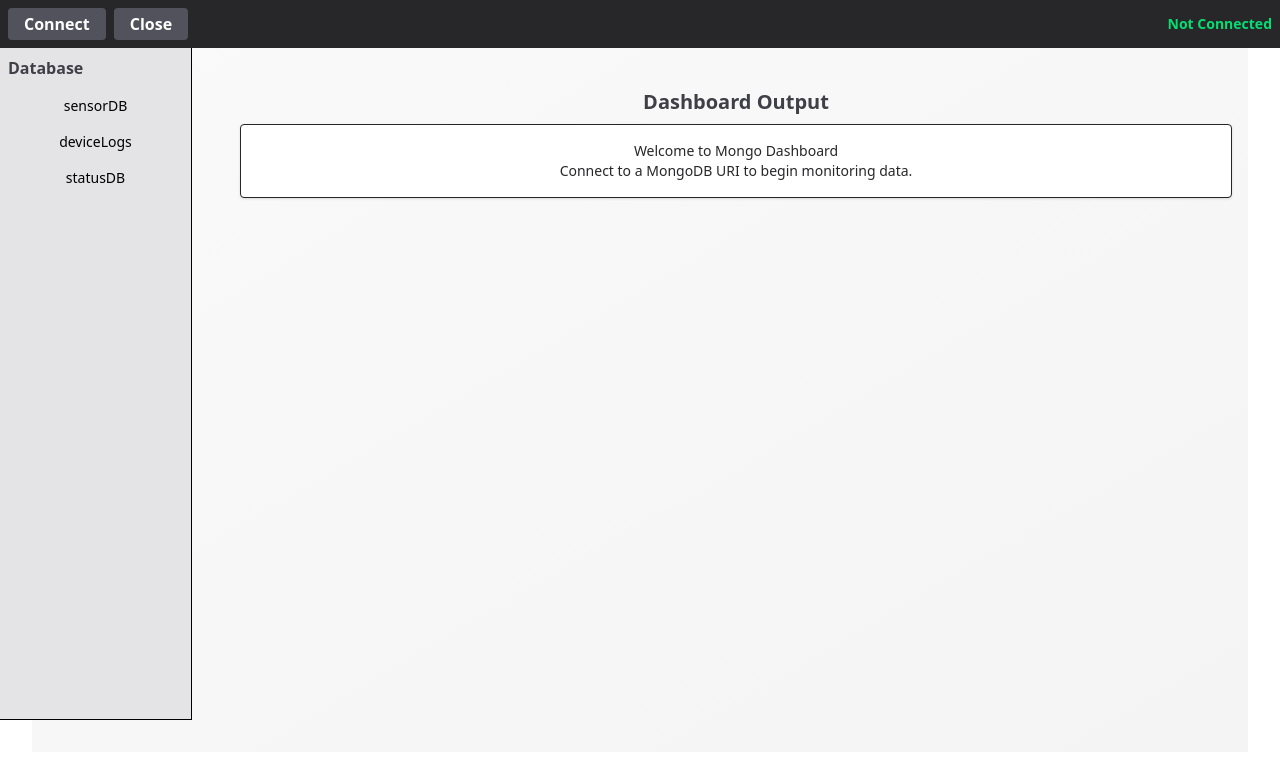
Repository: aryan151pratap/Dashboard
Page: / (app in frontened/)
These files come from the project's save history. The page is drawn as it stood at one moment and after the next save; the edit follows.
The browser window is 1280 px wide. The pictures show the whole page.
The project was rebuilt for these pictures with package versions that can differ from the ones it lists, and the page was loaded fresh each time. Also part of the build but not shown: frontened/vite.config.js, frontened/src/component/connect.jsx.

Above is the page before, as saved 2025-06-24 14:24:06.

After the next save:
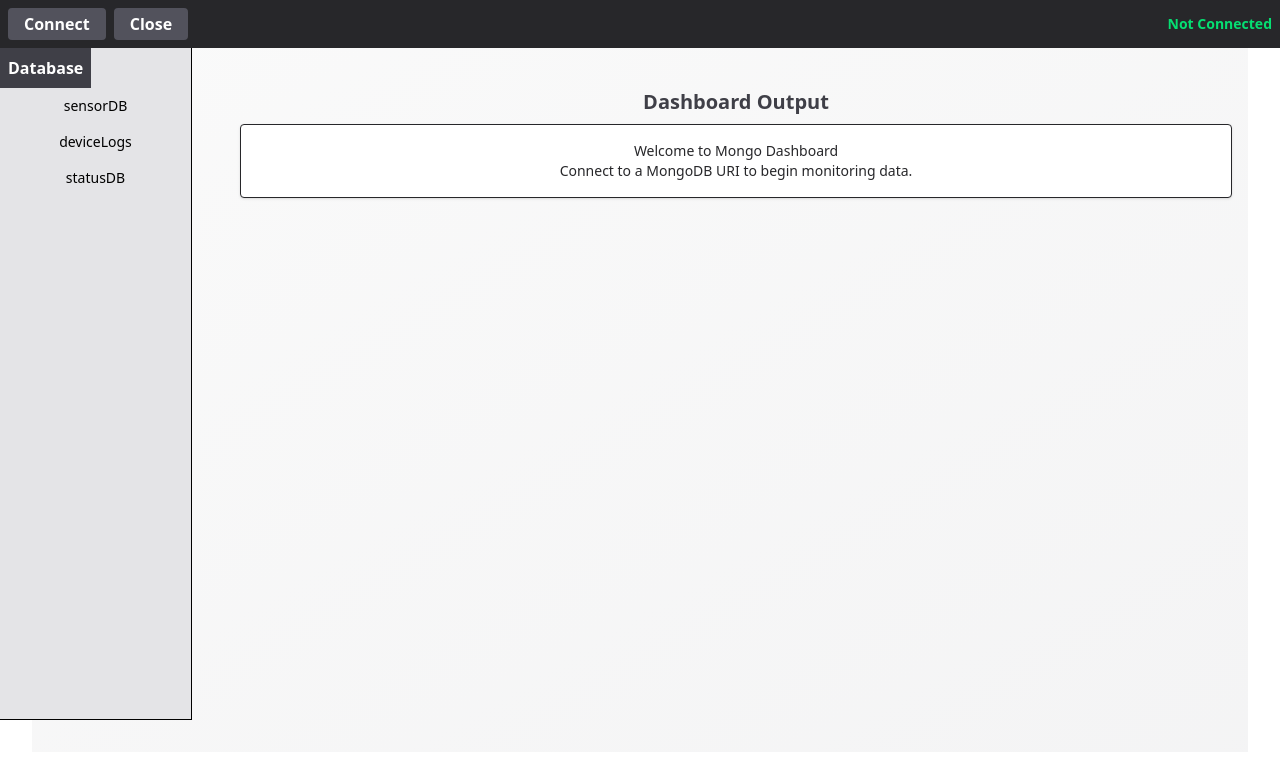
Saved 15 s later.
--- a/frontened/src/component/left_bar.jsx
+++ b/frontened/src/component/left_bar.jsx
@@ -12,7 +12,7 @@ function Left_bar(){
 		<div className="shrink-0 h-fit sm:h-full w-full pt-12 sm:w-48 bg-zinc-200 sm:fixed left-0 top-0 border-b sm:border-r">
 
 			<div className="flex flex-row">
-				<button className={`sm:text-center font-bold px-2 py-2 ${current_database !== null ? 'text-white bg-zinc-700' : 'text-zinc-700'}`}>
+				<button className={`sm:text-center font-bold px-2 py-2 ${current_database === null ? 'text-white bg-zinc-700' : 'text-zinc-700'}`}>
 					Database
 				</button>
 
